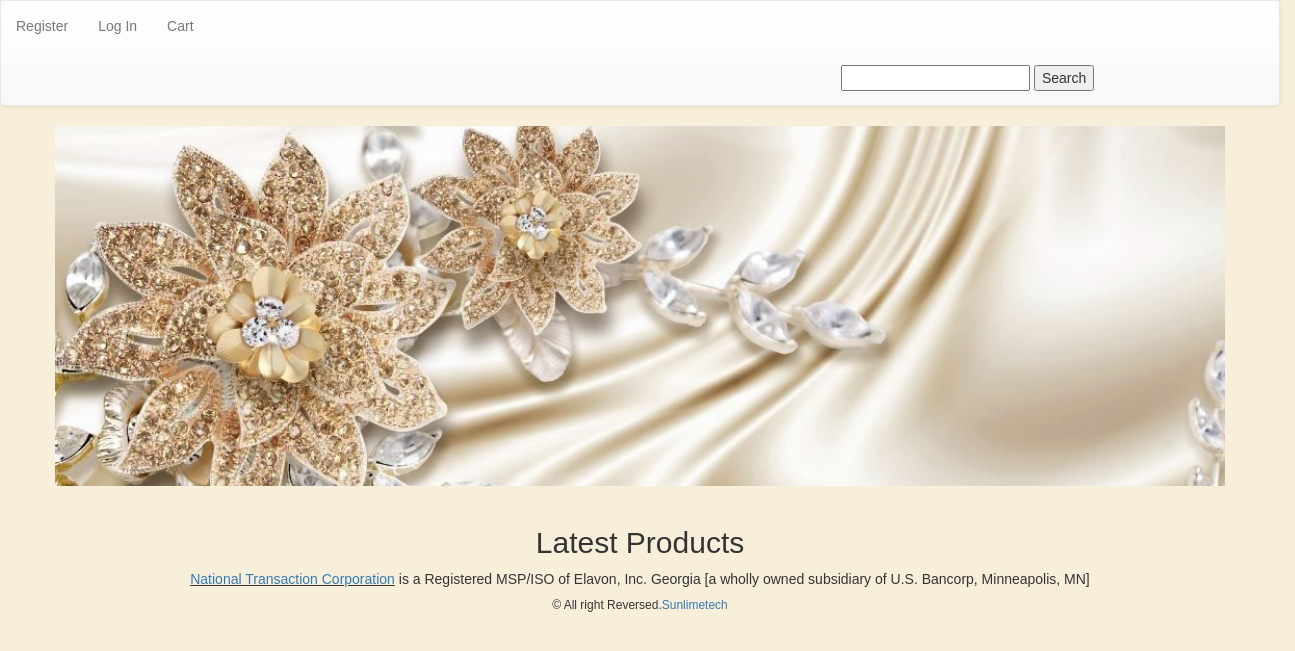
Repository: darhewitt/darragh-ecom
Page: templates/base.html
The author's editor kept a record of every edit. The page is drawn from the files as they stood at one moment, then again after the next edit.
The browser window is 1280 px wide. The page is 1295 px wide, so the pictures cover 1295 px, including what lies to the right of the window. The pictures show the whole page.
Some icons come from a web library that is not loaded, so they are not drawn. Some web libraries are served in a nearby version. The template is drawn by Django 2.2. The application's start-up code is not run. The template is opened directly, without the code that normally fills it, so the values that code supplies are empty.

Above is the page before.
Console error (its wording comes from the project's code and is left out).

After the next edit:
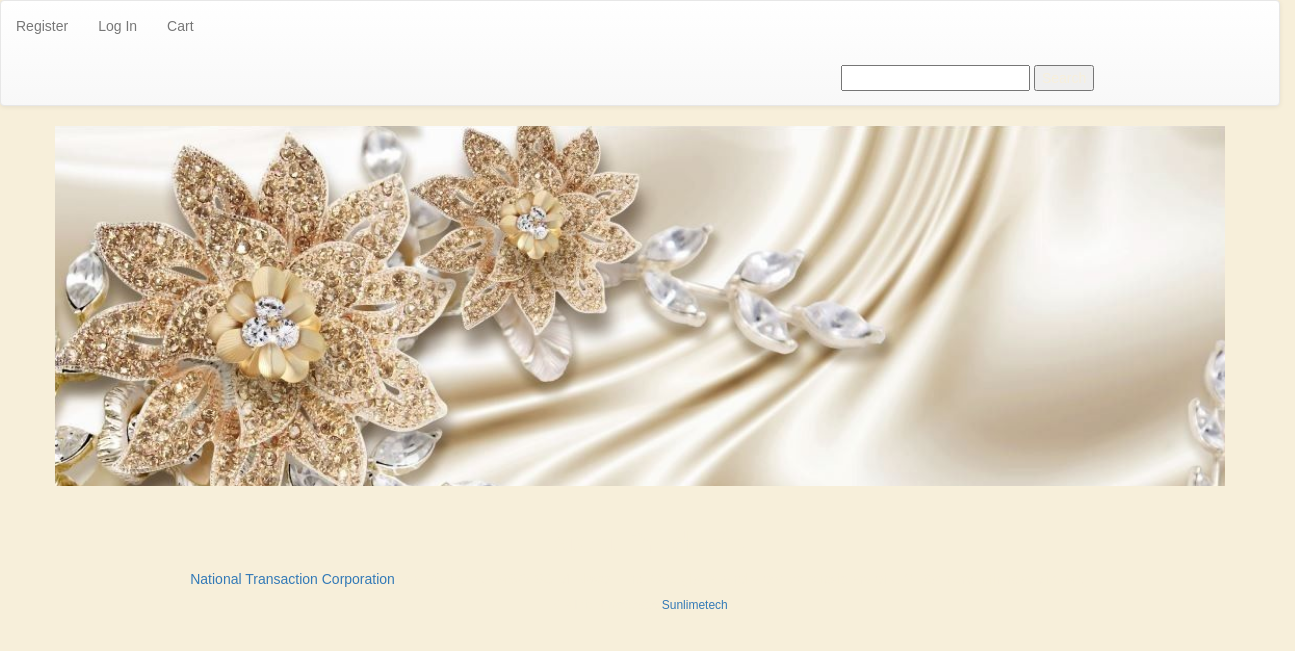
The edit:
--- a/static/css/style.css
+++ b/static/css/style.css
@@ -1,5 +1,6 @@
 body {
     font-family: Arial;
+    color: #f7efda;
 }
 
 .icon-bar {
